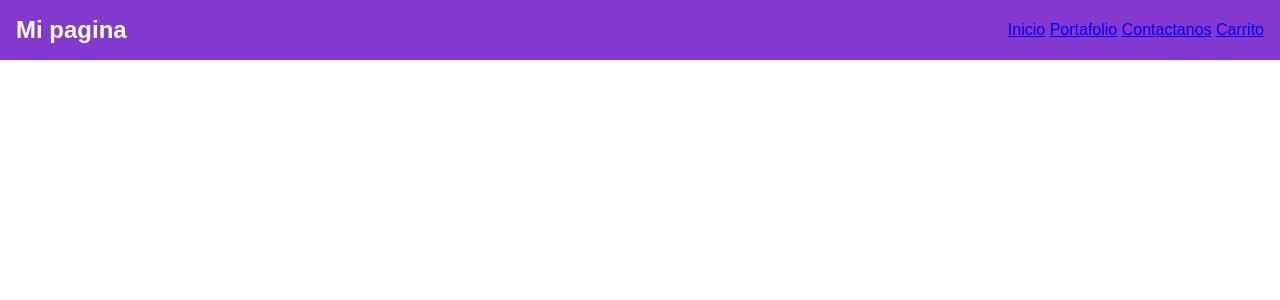
Repository: TzStrikerYT/Dise-o-web-NA00
Page: Proyecto-01/index.html
The author's editor kept a copy of each file at every save. The page is drawn from the files as they stood at one save, then again after the next save.
The browser window is 1280 px wide. The pictures show the whole page.

Above is the page before, as saved 2024-08-21 21:16:37.

After the next save:
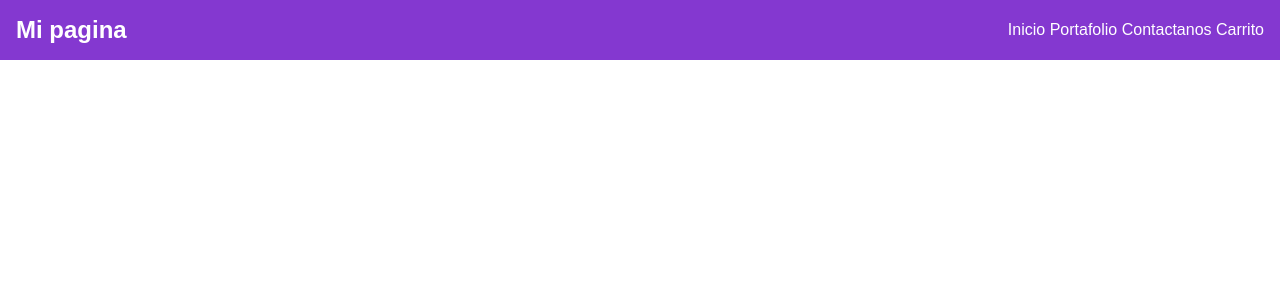
Saved 24 s later.
--- a/Proyecto-01/style.css
+++ b/Proyecto-01/style.css
@@ -13,3 +13,8 @@
     color: #fff;
     padding: 1rem;
 }
+
+.hiper-nav {
+    text-decoration: none;
+    color: #fff;
+}
